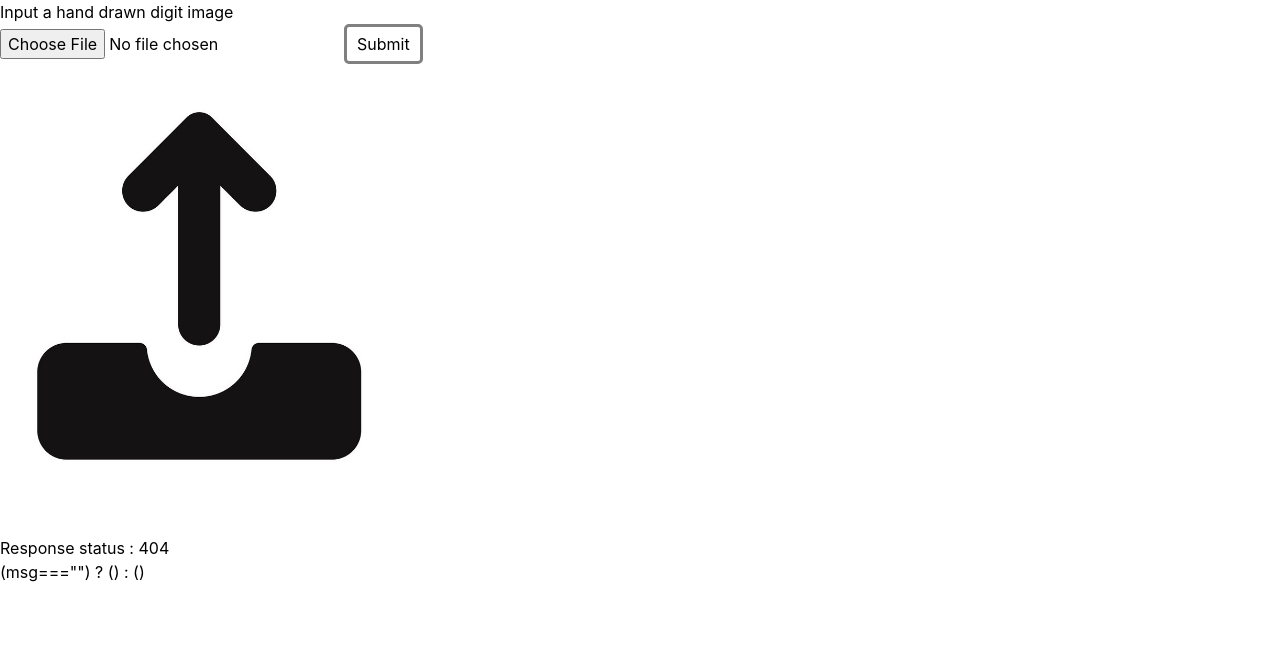
Repository: Laanith/TensorflowModelDeployment
Page: / (app in tensorflownode/)
These files come from the project's save history. The page is drawn as it stood at one moment and after the next save; the edit follows.
The browser window is 1280 px wide. The pictures show the whole page.
The project was rebuilt for these pictures with package versions that can differ from the ones it lists, and the page was loaded fresh each time.

Above is the page before, as saved 2023-10-24 13:09:41.

After the next save:
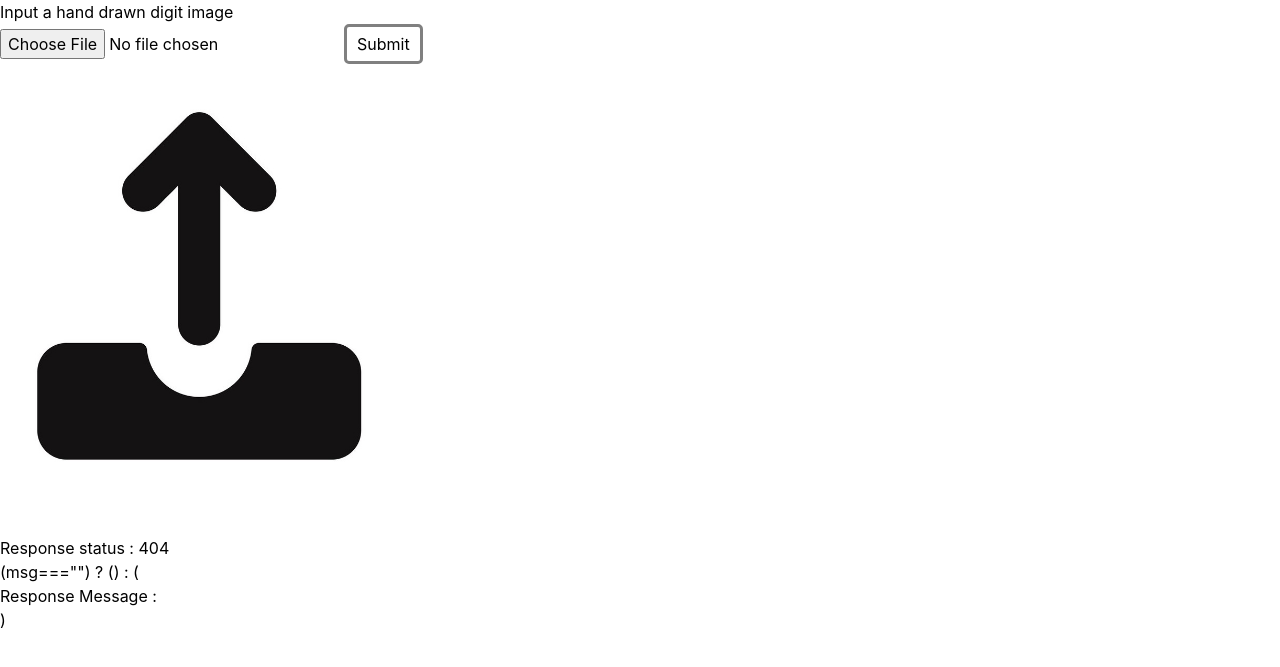
Saved 18 s later.
--- a/tensorflownode/src/App.js
+++ b/tensorflownode/src/App.js
@@ -88,7 +88,7 @@ function App() {
           {uploaded && <p>Upload status : Uploaded !</p>}
                 {FDUpdated && <p>FD status : Updated !</p>}
                 <p>Response status : {responseStatus}</p>
-                 (msg==="") ? (<></>) : ()
+                 (msg==="") ? (<></>) : (<p>Response Message : </p>)
         </div>
       </>
     );
